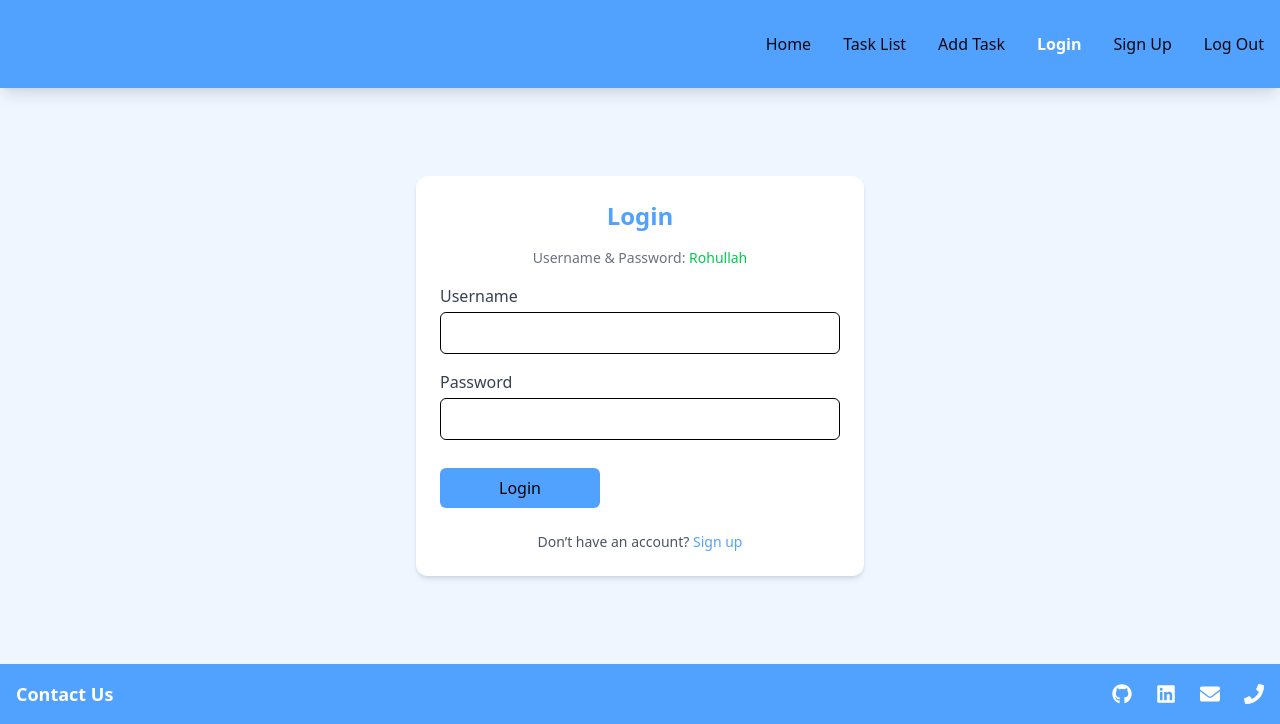
Repository: Rohullah-Noori/TaskApp
Page: /logout
These files come from the project's save history. The page is drawn as it stood at one moment and after the next save; the edit follows.
The browser window is 1280 px wide. The pictures show the whole page.
The project was rebuilt for these pictures with package versions that can differ from the ones it lists, and the page was loaded fresh each time. Also part of the build but not shown: vite.config.js, src/components/PrivateRoute.jsx, src/pages/Landing.jsx, src/pages/Home.jsx, src/pages/Signup.jsx, src/pages/Addtask.jsx, src/pages/Edittask.jsx, src/pages/Errorpage.jsx.

Above is the page before, as saved 2025-06-23 10:53:03.

### src/index.css
@import "tailwindcss";

.input {
  @apply border-3 border-blue-200 focus:outline-blue-500 w-full rounded-md p-1;
}

.containerForm {
  @apply flex items-center justify-center  p-10 h-[90%] bg-blue-100 flex-grow overflow-y-auto;
}
.parentContainerForm {
  @apply max-w-md bg-white p-8 rounded-lg shadow-lg w-[90%];
}

.heading {
  @apply text-xl sm:text-2xl md:text-3xl font-bold mb-6 text-gray-800 text-center p-1 md:p-4;
}

.taskContainer {
  @apply bg-blue-100 lg:h-full min-h-107 justify-center flex;
}
.taskinnerContainer {
  @apply mt-10 text-center h-[90%]  shadow-lg bg-amber-50  rounded-xl p-10  max-w-md w-full;
}

.btndesign {
  @apply mt-3 cursor-pointer rounded-md py-2 mb-2 w-[50%] text-wrap sm:w-40 bg-blue-400  hover:bg-blue-500 hover:text-white;
}

### src/App.jsx
import { TasksProvider } from "./components/TaskContext";
import { BrowserRouter as Router, Routes, Route } from "react-router-dom";
import PrivateRoute from "./components/PrivateRoute";
import { AuthProvider } from "./components/PrivateContext";
import Landing from "./pages/Landing";
import Home from "./pages/Home";
import Login from "./pages/Login";
import Signup from "./pages/Signup";
import Addtask from "./pages/Addtask";
import Edittask from "./pages/Edittask";
import Errorpage from "./pages/Errorpage";
import Logout from "./pages/Logout";

function App() {
  return (
    <>
      <Router>
        <AuthProvider>
          <TasksProvider>
            <Routes>
              <Route path="/" element={<PrivateRoute />}>
                <Route index element={<Landing />} />
                <Route path="/addtask" element={<Addtask />} />
                <Route path="/home" element={<Home />} />
                <Route path="/edit-task/:taskId" element={<Edittask />} />
              </Route>

              <Route path="/login" element={<Login />} />

              <Route path="/signup" element={<Signup />} />
              <Route path="/logout" element={<Logout />} />

              <Route path="/*" element={<Errorpage />} />
            </Routes>
          </TasksProvider>
        </AuthProvider>
      </Router>
    </>
  );
}

export default App;

### src/components/TaskContext.jsx
import { createContext, useContext, useState } from "react";

const TaskContext = createContext();
export const TasksProvider = ({ children }) => {
  const [tasks, setTasks] = useState([]);
  const [loading, setIsloading] = useState(false);
  const addtask = (newtask) => {
    setTasks((prevtask) => [...prevtask, newtask]);
  };

  const updateTask = (taskId, taskdata) => {
    setTasks((prevtask) =>
      prevtask.map((task) =>
        task.id === Number(taskId)
          ? {
              ...task,
              title: taskdata.title,
              startTime: taskdata.startTime,
              endTime: taskdata.endTime,
            }
          : task
      )
    );
  };

  return (
    <TaskContext.Provider
      value={{
        tasks,
        addtask,
        setTasks,
        loading,
        setIsloading,
        updateTask,
      }}
    >
      {children}
    </TaskContext.Provider>
  );
};

export const useTasks = () => useContext(TaskContext);

### src/components/PrivateContext.jsx
import { createContext, useContext, useEffect, useState } from "react";
import { useNavigate } from "react-router-dom";

const AuthContext = createContext();
export const AuthProvider = ({ children }) => {
  const [islogin, setIslogin] = useState(() => {
    return localStorage.getItem("islogin") === "true" ? true : false;
  });
  const navigate = useNavigate();

  useEffect(
    function () {
      localStorage.setItem("islogin", JSON.stringify(islogin));
    },

    [islogin]
  );

  const login = () => {
    setIslogin(true);
    navigate("/");
  };

  const logout = () => {
    setIslogin(false);
    navigate("/login");
  };

  return (
    <AuthContext.Provider value={{ login, logout, islogin }}>
      {children}
    </AuthContext.Provider>
  );
};

export const useAuth = () => useContext(AuthContext);

### src/pages/Login.jsx
import Navbar from "../components/Navbar";
import { useState } from "react";
import { Link } from "react-router-dom";
import Loader from "../components/Loader";
import Button from "../components/Button";
import { useAuth } from "../components/PrivateContext";
import Footer from "../components/Footer";

function Login() {
  const [message, setMessage] = useState("");
  const [loading, setIsloading] = useState(false);
  const [password, setPassword] = useState("");
  const [username, setUsername] = useState("");
  const { login } = useAuth();

  const validUsername = "Rohullah";
  const validPassword = "Rohullah";

  function handleSubmit(e) {
    e.preventDefault();
    setIsloading(true);
    setMessage("");

    if (username === validUsername && password === validPassword) {
      setTimeout(() => {
        setIsloading(false);
        setMessage("Login successfully");
        login();
      }, 1000);
    } else {
      setTimeout(() => {
        setMessage("Invalid username or password");
        setIsloading(false);
      }, 700);
    }
  }

  return (
    <>
      <Navbar />
      <main className="min-h-[80vh] flex justify-center items-center bg-blue-50 px-4">
        <div className="w-full max-w-md bg-white rounded-xl shadow-md p-6">
          <h2 className="text-2xl font-bold text-center text-blue-400 mb-4">
            Login
          </h2>

          <p className="text-sm text-gray-500 text-center mb-4">
            Username & Password:{" "}
            <span className="text-green-500 font-medium">Rohullah</span>
          </p>

          {loading && <Loader />}
          {message && (
            <div
              className={`text-sm px-4 py-2 rounded-md border mb-4 ${
                message === "Login successfully"
                  ? "bg-green-100 text-green-700 border-green-400"
                  : "bg-red-100 text-red-700 border-red-400"
              }`}
            >
              {message}
            </div>
          )}

          <form onSubmit={handleSubmit} className="space-y-4">
            <div>
              <label
                htmlFor="username"
                className="block text-gray-700 font-medium mb-1"
              >
                Username
              </label>
              <input
                type="text"
                id="username"
                value={username}
                onChange={(e) => setUsername(e.target.value)}
                className="w-full px-4 py-2 border rounded-md focus:outline-none focus:ring-2 focus:ring-blue-400"
              />
            </div>

            <div>
              <label
                htmlFor="password"
                className="block text-gray-700 font-medium mb-1"
              >
                Password
              </label>
              <input
                type="password"
                id="password"
                value={password}
                onChange={(e) => setPassword(e.target.value)}
                className="w-full px-4 py-2 border rounded-md focus:outline-none focus:ring-2 focus:ring-blue-400"
              />
            </div>

            <Button type="submit" className="w-full">
              Login
            </Button>
          </form>

          <p className="mt-4 text-center text-sm text-gray-600">
            Don’t have an account?{" "}
            <Link to="/signup" className="text-blue-400 hover:underline">
              Sign up
            </Link>
          </p>
        </div>
      </main>
      <Footer />
    </>
  );
}

export default Login;

### src/pages/Logout.jsx
import { useEffect, useState } from "react";
// import { useNavigate } from "react-router-dom";
import Loader from "../components/Loader";
import { useAuth } from "../components/PrivateContext";

function Logout() {
  // const navigate = useNavigate();
  const [loading, setIsloading] = useState(false);
  const { logout } = useAuth();
  useEffect(
    function () {
      setIsloading(true);
      setTimeout(() => {
        setIsloading(false);
        // navigate("/login");
        logout();
      }, 1000);
    },
    [logout]
  );
  return <div>{loading && <Loader />}</div>;
}

export default Logout;

### src/components/Button.jsx
function Button({ children, onClick, disabled }) {
  return (
    <button onClick={onClick} disabled={disabled} className="btndesign">
      {children}
    </button>
  );
}

export default Button;

### src/components/Navbar.jsx
import { Link, useLocation } from "react-router-dom";
import { useState } from "react";

const navItems = [
  { path: "/", label: "Home" },
  { path: "/home", label: "Task List" },
  { path: "/addtask", label: "Add Task" },

  { path: "/login", label: "Login" },
  { path: "/signup", label: "Sign Up" },
  { path: "/logout", label: "Log Out" },
];

function Navbar() {
  const location = useLocation();
  const [open, setOpen] = useState(false);

  const toggleMenu = () => setOpen(!open);

  return (
    <nav className="bg-blue-400 shadow-lg sticky top-0 z-50">
      <div className="flex items-center justify-between px-4 py-3">
        <div className="w-16 h-16">
          <h1 className="text-blue-400 sm:font-bold sm:text-xl text-lg">
            Task App
          </h1>
        </div>

        <div className="lg:hidden">
          <button
            onClick={toggleMenu}
            className="text-white focus:outline-none"
          >
            <svg
              xmlns="http://www.w3.org/2000/svg"
              className="w-6 h-6"
              fill="none"
              viewBox="0 0 24 24"
              stroke="currentColor"
            >
              <path
                strokeLinecap="round"
                strokeLinejoin="round"
                strokeWidth="2"
                d="M4 6h16M4 12h16M4 18h16"
              />
            </svg>
          </button>
        </div>

        <ul className="hidden lg:flex space-x-8">
          {navItems.map((item) => (
            <li key={item.path}>
              <Link
                to={item.path}
                className={`transition duration-200 hover:text-amber-50 ${
                  location.pathname === item.path
                    ? "text-white font-bold"
                    : "text-gray-950"
                }`}
              >
                {item.label}
              </Link>
            </li>
          ))}
        </ul>
      </div>

      {open && (
        <div className="lg:hidden px-4 pb-4">
          <ul className="flex flex-col space-y-3 bg-blue-400 rounded-md py-2 px-3">
            {navItems.map((item) => (
              <li key={item.path}>
                <Link
                  to={item.path}
                  onClick={() => setOpen(false)}
                  className={`block w-full transition duration-200 hover:text-amber-50 ${
                    location.pathname === item.path
                      ? "text-white font-bold"
                      : "text-gray-950"
                  }`}
                >
                  {item.label}
                </Link>
              </li>
            ))}
          </ul>
        </div>
      )}
    </nav>
  );
}

export default Navbar;

### src/components/Loader.jsx
import { useEffect, useState } from "react";

function Loader({ delay = 2000 }) {
  const [loading, setIsLoading] = useState(true);

  useEffect(() => {
    const timer = setTimeout(() => {
      setIsLoading(false);
    }, delay);

    return () => clearTimeout(timer);
  }, [delay]);

  if (!loading) return null;

  return (
    <div className="fixed inset-0 z-50 flex items-center justify-center backdrop-blur-md bg-white/10">
      <div className="px-8 py-4 rounded-xl bg-white/20 border border-white/30 shadow-lg backdrop-blur-lg">
        <h1 className="font-bold text-3xl text-blue-500">Loading...</h1>
      </div>
    </div>
  );
}

export default Loader;

### src/components/Footer.jsx
import { FaGithub, FaLinkedin, FaEnvelope, FaPhone } from "react-icons/fa";

function Footer() {
  return (
    <footer className="bg-blue-400 text-white py-4 w-full">
      <div className="container mx-auto px-4 flex flex-col md:flex-row items-center justify-between space-y-4 md:space-y-0">
        <h1 className="text-lg font-semibold">Contact Us</h1>

        <div className="flex items-center space-x-6 text-xl">
          <a
            href="https://github.com/Rohullah-Noori"
            target="_blank"
            rel="noopener noreferrer"
            className="hover:text-gray-300 transition"
          >
            <FaGithub />
          </a>
          <a
            href="https://linkedin.com"
            target="_blank"
            rel="noopener noreferrer"
            className="hover:text-gray-300 transition"
          >
            <FaLinkedin />
          </a>
          <a
            href="mailto:rohullah313noori313@gmail.com"
            className="hover:text-gray-300 transition"
          >
            <FaEnvelope />
          </a>
          <a href="tel:+93731142295" className="hover:text-gray-300 transition">
            <FaPhone />
          </a>
        </div>
      </div>
    </footer>
  );
}

export default Footer;

Loaded but not shown: index.html (common file); src/main.jsx (common file)

After the next save:
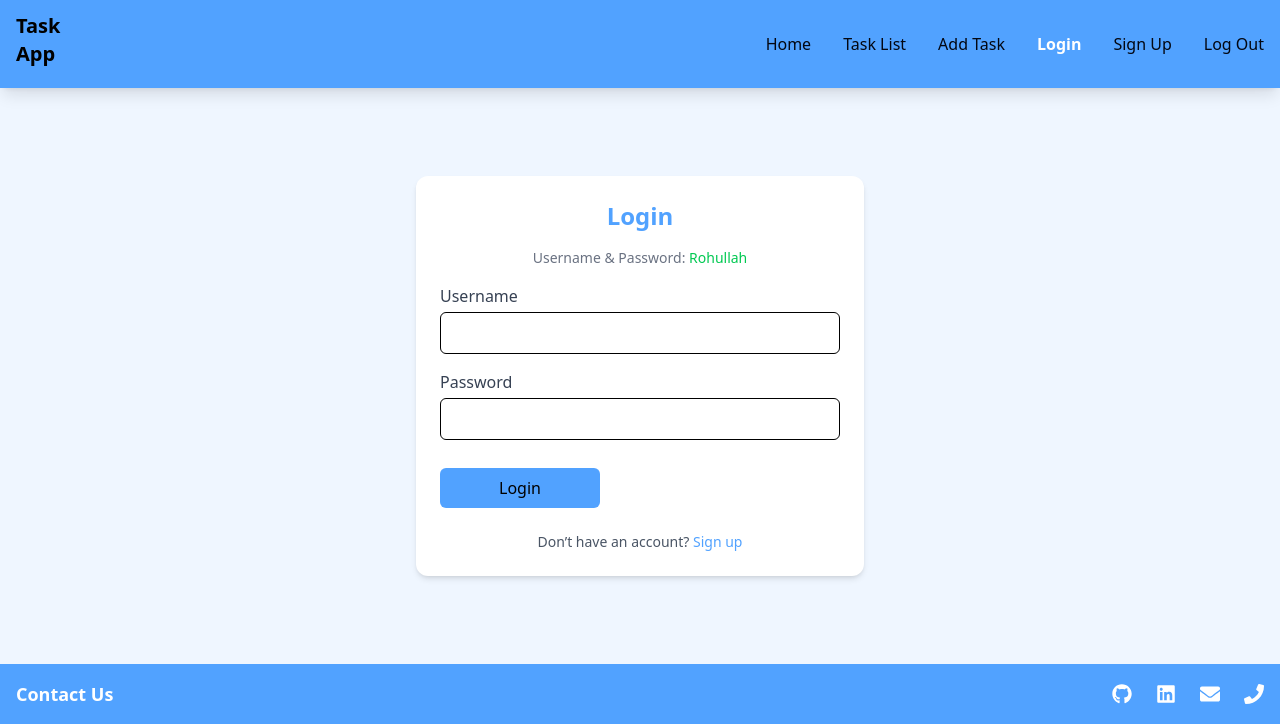
Saved 26 s later.
--- a/src/components/Navbar.jsx
+++ b/src/components/Navbar.jsx
@@ -21,7 +21,7 @@ function Navbar() {
     <nav className="bg-blue-400 shadow-lg sticky top-0 z-50">
       <div className="flex items-center justify-between px-4 py-3">
         <div className="w-16 h-16">
-          <h1 className="text-blue-400 sm:font-bold sm:text-xl text-lg">
+          <h1 className="text-black sm:font-bold sm:text-xl text-lg">
             Task App
           </h1>
         </div>
